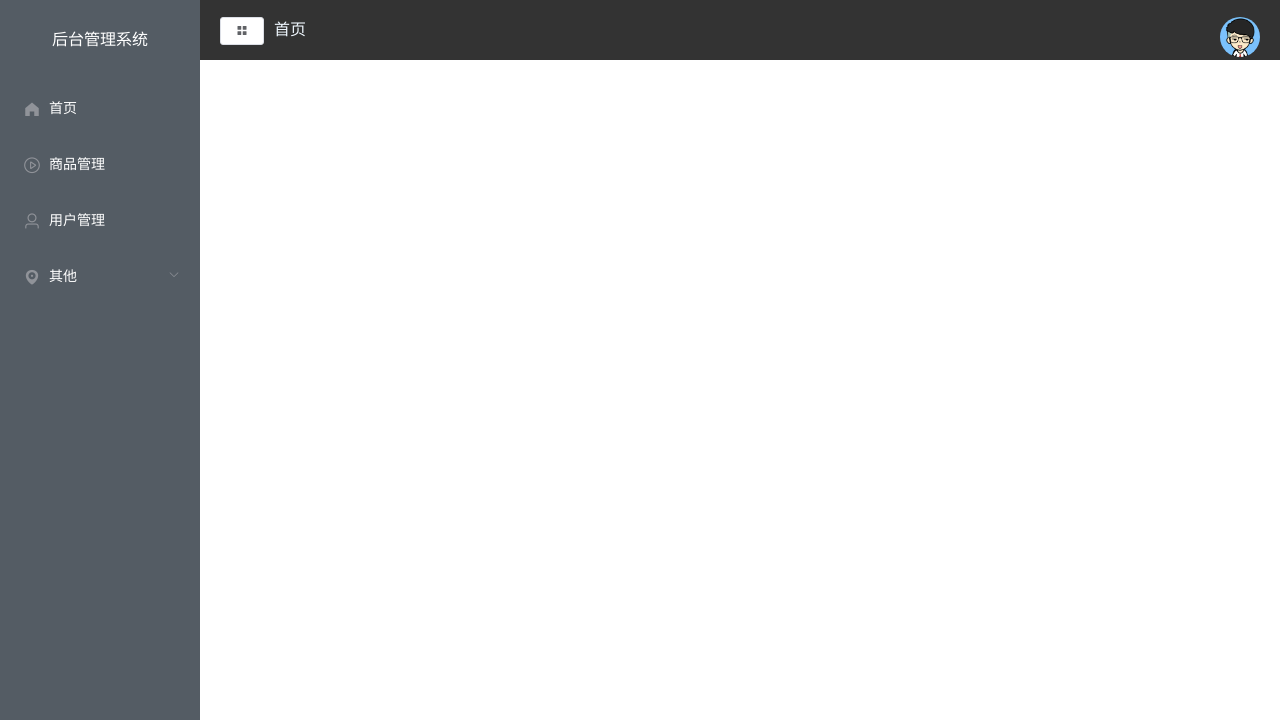
Repository: wuqu11/Management-system
Page: /
The author's editor kept a copy of each file at every save. The page is drawn from the files as they stood at one save, then again after the next save.
The browser window is 1280 px wide. The pictures show the whole page.
The project was rebuilt for these pictures with package versions that can differ from the ones it lists, and the page was loaded fresh each time. Also part of the build but not shown: vue.config.js, src/view/User.vue, src/view/Home.vue, src/view/Mall.vue, src/view/PageOne.vue, src/view/PageTwo.vue.

Above is the page before, as saved 2023-07-18 08:13:53.

### src/main.js
import Vue from 'vue'
import App from './App.vue'
import ElementUI from 'element-ui';
  // import element from 'element-ui';
import 'element-ui/lib/theme-chalk/index.css';
import router from '@/router';

Vue.use(router)
Vue.use(ElementUI)
// Vue.use(Button)
Vue.config.productionTip = false

new Vue({
  router,
  render: h => h(App),
}).$mount('#app')

### src/App.vue
<template>
  <div id="app">
    <!-- <el-row>
        <el-button>默认按钮</el-button>
        <el-button type="primary">主要按钮</el-button>
        <el-button type="success">成功按钮</el-button>
        <el-button type="info">信息按钮</el-button>
        <el-button type="warning">警告按钮</el-button>
        <el-button type="danger">危险按钮</el-button>
    </el-row> -->
    <router-view></router-view>
  </div>
</template>

<script>


export default {
  name: 'App',
}
</script>

<style lang='less'>
    html,body{
      margin: 0;
      padding: 0;
    }
</style>

### src/router/index.js
import VueRouter from "vue-router";
import Vue from "vue";
import User from '@/view/User.vue';
import Home from '@/view/Home.vue';
import Main from '@/view/Main.vue';
import Mall from '@/view/Mall.vue';
import PageOne from '@/view/PageOne.vue';
import PageTwo from '@/view/PageTwo.vue'

//1.创建路由组件
//2.路由组件的映射
//3.创建路由实例对象

Vue.use(VueRouter);
const routes = [
    { path: '/',
      component:Main ,

      children:[
        { path: 'home', component: Home },
        { path: 'user', component: User },
        { path: 'mall', component: Mall },
        { path: 'page1', component: PageOne },
        { path: 'page2', component: PageTwo },
      ]
    },
    {
      path:'*',
      redirect:'/home',
    }

  ]
 //先把VueRouter原型对象的push,先保存一份
let originPush = VueRouter.prototype.push;
let originReplce = VueRouter.prototype.replace;
//重写push|relace
//第一个参数:告诉原来push方法,你往哪里跳转(传递那些参数)
//第二个参数:成功回调
//第三个参数:失败回调
//call|apply区别
//相同点:都可以调用函数一次,都可以篡改函数的上下文一次
//不同点:call与apply传递参数,call传递参数用逗号隔开,apply方法执行,传递数组
VueRouter.prototype.push = function(location,resolve,reject){
    if(resolve && reject){
        originPush.call(this,location,resolve,reject)
    }else{
        originPush.call(this,location,()=>{},()=>{})
    }
};

VueRouter.prototype.replace = function(location,resolve,reject){
    if(resolve && reject){
        originReplce.call(this,location,resolve,reject)
    }else{
        originReplce.call(this,location,()=>{},()=>{})
    }
};

export default new VueRouter({
    routes // (缩写) 相当于 routes: routes
  })

### src/view/Main.vue
<template>
    <div>
        <el-container>
        <el-aside width="200px">
            <CommenSide />
        </el-aside>
        <el-container>
            <el-header class="el-header">
                <CommenHeader/>
            </el-header>
            <el-main>
                    <router-view></router-view>
            </el-main>
        </el-container>
        </el-container>
        <router-view></router-view>
    </div>
</template>

<script>
import CommenSide from '@/components/CommenSide.vue';
import CommenHeader from '@/components/CommenHeader.vue';
    export default {
        components:{CommenSide,CommenHeader}
    }
</script>

<style   scoped>
      .el-header {
    background-color: #B3C0D1;
    color: #111;
    line-height: 60px;
    padding: 0;
  }

  .el-aside {
    color: #333;
  }
</style>

### src/components/CommenSide.vue
<template>
    <div>

        <el-menu default-active="1-4-1" class="el-menu-vertical-demo" @open="handleOpen" @close="handleClose"
            :collapse="isCollapse" background-color="#545c64" text-color="#fff" active-text-color="#ffd04b">
             <h3>后台管理系统</h3>
            <el-menu-item  @click="clickMenu(item)" v-for="item in noChildren " :key='item.name' :index="item.name">
                <i :class='`el-icon-${item.icon}`'></i>
                <span slot="title">{{ item.label }}</span>
            </el-menu-item>
            <el-submenu  v-for="item in Children" :key='item.label' :index="item.label">
                <template slot="title">
                    <i :class='`el-icon-${item.icon}`'></i>
                    <span slot="title">{{ item.label }}</span>
                </template>
                <el-menu-item-group    v-for="subItem in item.children" :key="subItem.path">
                    <el-menu-item   @click="clickMenu(subItem)" :index="subItem.path">{{ subItem.label }}</el-menu-item>
                </el-menu-item-group>
            </el-submenu>

        </el-menu>
    </div>
</template>

<script>
export default {
    data() {
        return {
            isCollapse: false,
            menuDate: [{
                path: '/',
                name: 'home',
                label: '首页',
                icon: 's-home',
                url: 'Home/Home'
            },
            {
                path: '/mall',
                name: 'mall',
                label: '商品管理',
                icon: 'video-play',
                url: 'MallManage/MallManage'
            },
            {
                path: '/user',
                name: 'user',
                label: '用户管理',
                icon: 'user',
                url: 'UserManage/UserManage'
            },
            {
                label: '其他',
                icon: 'location',
                children: [
                    {
                        path: '/page1',
                        name: 'page1',
                        label: '页面1',
                        icon: 'setting',
                        url: 'Other/PageOne'
                    },
                    {
                        path: '/page2',
                        name: 'page2',
                        label: '页面2',
                        icon: 'setting',
                        url: 'Other/PageTwo'
                    }
                ]
            }]
        };
    },
    methods: {
        handleOpen(key, keyPath) {
            console.log(key, keyPath);
        },
        handleClose(key, keyPath) {
            console.log(key, keyPath);
        },
        clickMenu(item){
            console.log(item);
            this.$router.push(item.path)
        }
    },
    computed: {
        noChildren() {
            return this.menuDate.filter(item => !item.children)
        },
        Children() {
            return this.menuDate.filter(item => item.children)
        },

    },
}
</script>

<style lang='less' scoped>
    .el-menu-vertical-demo:not(.el-menu--collapse) {
        width: 200px;
        min-height: 400px;
    }
        .el-menu{
            height: 100vh;
            h3{
                color: #fff;
                text-align: center;
                line-height: 48px;
                font-size: 16px;
                font-weight: 400;
            }
        }

</style>

### src/components/CommenHeader.vue
<template>
        <div class="header-container">
            <div class="l-container">
                <el-button icon="el-icon-menu" size="mini"></el-button>
                <span class="text">首页</span>
            </div>
            <div class="r-container">
                <el-dropdown class="el-dropdown">
                    <span class="el-dropdown-link">
                        <img src="../assets/images/user.png" alt="" class="user">
                    </span>
                    <el-dropdown-menu slot="dropdown">
                        <el-dropdown-item>个人中心</el-dropdown-item>
                        <el-dropdown-item>退出</el-dropdown-item>
                    </el-dropdown-menu>
                </el-dropdown>
            </div>
        </div>
</template>

<script>
export default {

}
</script>

<style lang="less" scoped>
.header-container {
    height: 60px;
    background-color: #333;
    padding: 0 20px;
    display: flex;
    align-items: center;
    justify-content: space-between;

    .text {
        color: aliceblue;
        size: 14px;
        margin-left: 10px;
    }

    .r-container {
        .el-dropdown {
            top: 20px;
            .user {
                height: 40px;
                width: 40px;
                border-radius: 50%;
            }

        }
    }

}
</style>

Loaded but not shown: public/index.html (common file)

After the next save:
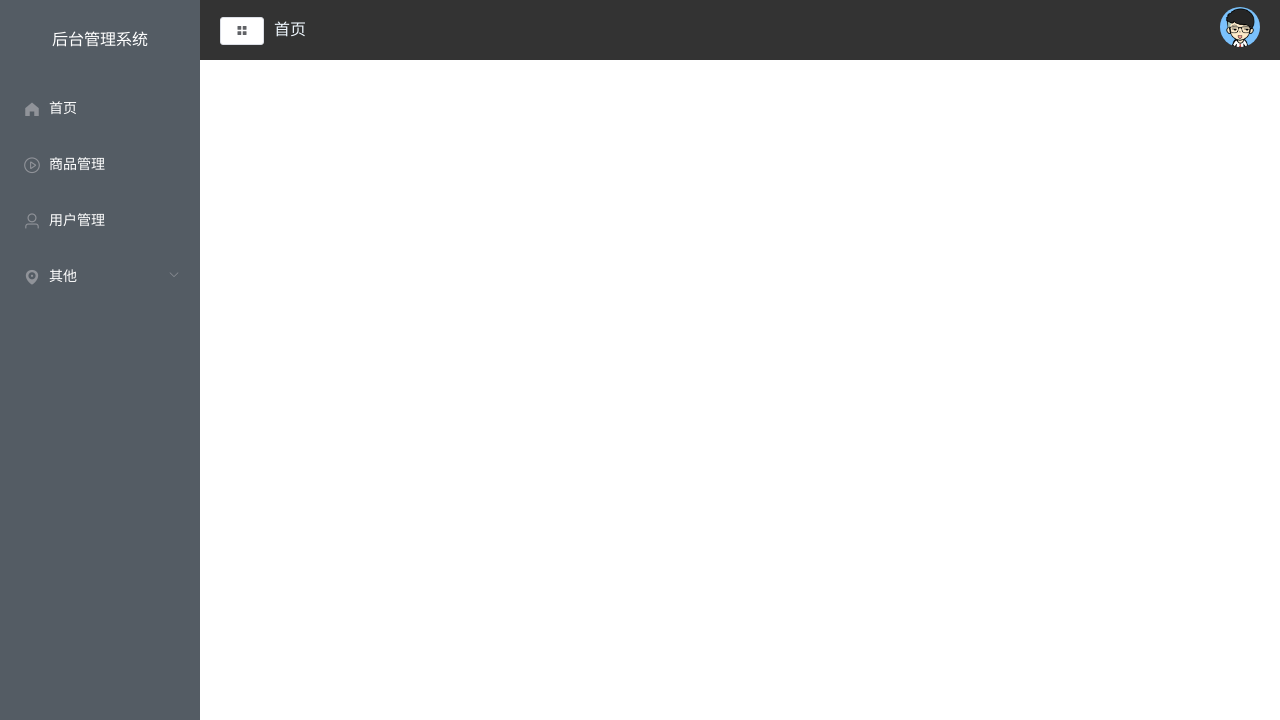
Saved 10 s later.
--- a/src/components/CommenHeader.vue
+++ b/src/components/CommenHeader.vue
@@ -41,7 +41,7 @@ export default {
 
     .r-container {
         .el-dropdown {
-            top: 20px;
+            top: 10px;
             .user {
                 height: 40px;
                 width: 40px;
